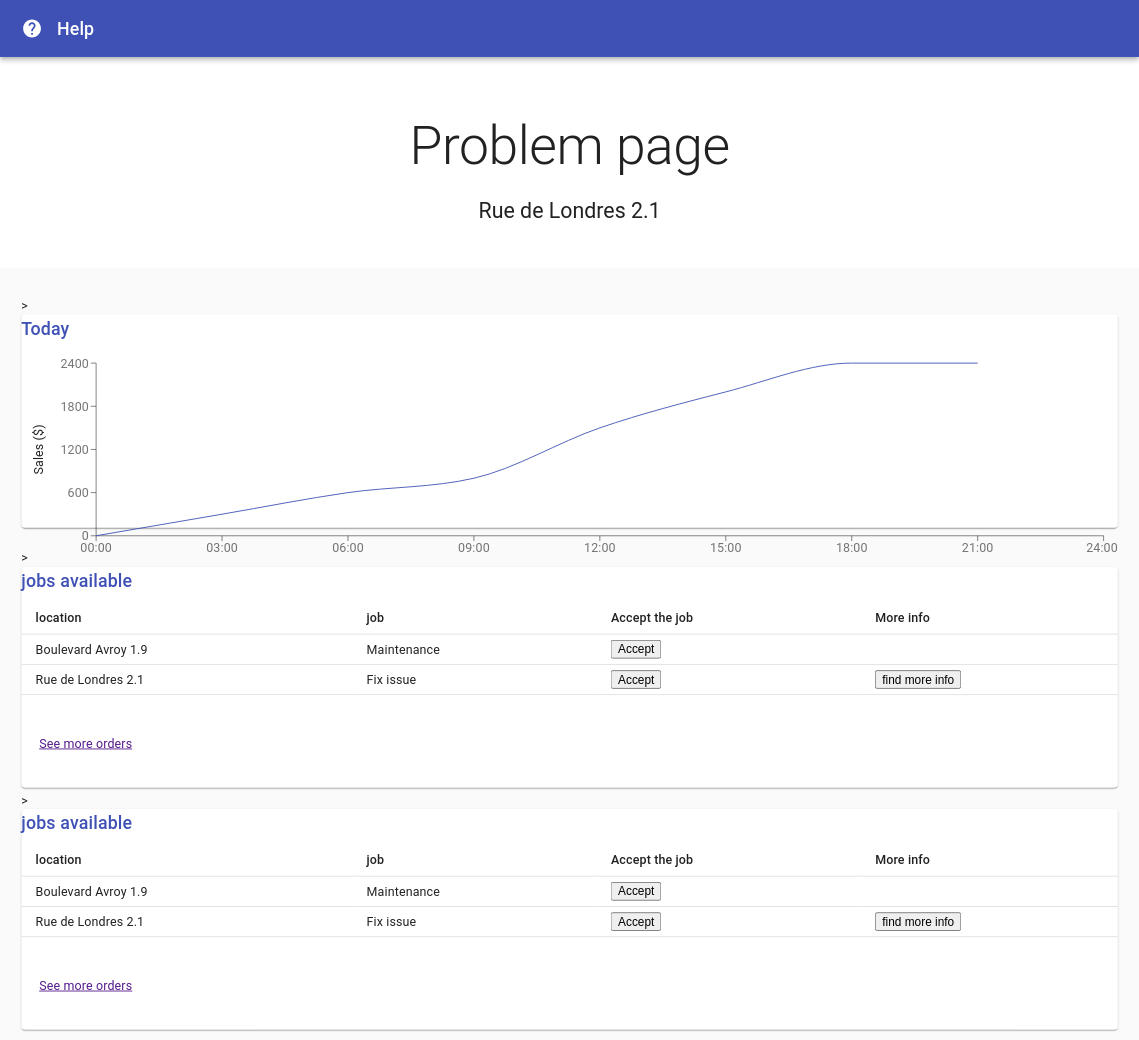
Repository: sapbrussels/intelligenthighway_webapp
Page: /Problempage (app in router/)
An editor plug-in stored every save of this project. The page is shown before and after the next save, followed by the edit.
The browser window is 1280 px wide. The pictures show the whole page, at 89% of full size.
The project was rebuilt for these pictures with package versions that can differ from the ones it lists, and the page was loaded fresh each time. Also part of the build but not shown: router/src/App.css, router/src/Login.js, router/src/Maps.js, router/src/Jobspage.js, router/src/Direction.js, router/src/Maintenance.js, router/src/Help.js.

Above is the page before, as saved 2020-03-31 15:06:48.

### router/src/App.js
import React from 'react';
import {BrowserRouter, Route, Switch} from "react-router-dom";
import './App.css';
import Login from './Login';
import Jobspage from'./Jobspage';
import Maintenance from './Maintenance';
import Help from './Help';
import Problempage from './Problempage';

function App() {
  return (
    <BrowserRouter>
    <Switch>
     <Route path='/' exact component={Login}/>
     <Route path='/Jobspage' exact component={Jobspage}/>
     <Route path='/Maintenance' exact component={Maintenance}/>
     <Route path='/Help' exact component={Help}/>
     <Route path='/Problempage' exact component={Problempage}/>
     </Switch>
    </BrowserRouter>

  );
}

export default App;

### router/src/Problempage.js
import React from 'react';
import AppBar from '@material-ui/core/AppBar';
import HelpIcon from '@material-ui/icons/Help';
import Paper from '@material-ui/core/Paper';
import CssBaseline from '@material-ui/core/CssBaseline';
import Grid from '@material-ui/core/Grid';
import Toolbar from '@material-ui/core/Toolbar';
import Typography from '@material-ui/core/Typography';
import { makeStyles } from '@material-ui/core/styles';
import Container from '@material-ui/core/Container';
import SensorData from './SensorData';
import CommunityData from './CommunityData';
import Voltage from './Voltage';

const useStyles = makeStyles((theme) => ({
  icon: {
    marginRight: theme.spacing(2),
  },
  heroContent: {
    backgroundColor: theme.palette.background.paper,
    padding: theme.spacing(8, 0, 6),
  },
  heroButtons: {
    marginTop: theme.spacing(4),
  },
  cardGrid: {
    paddingTop: theme.spacing(8),
    paddingBottom: theme.spacing(8),
  },
  card: {
    height: '100%',
    display: 'flex',
    flexDirection: 'column',

  },
  cardMedia: {
    paddingTop: '100%', // 16:9
  },
  cardContent: {
    flexGrow: 1,
  },
  footer: {
    backgroundColor: theme.palette.background.paper,
    padding: theme.spacing(6),
  },
  container: {
    paddingTop: theme.spacing(4),
    paddingBottom: theme.spacing(4),
  },
  paper: {
    height: '100%',
    display: 'flex',
    flexDirection: 'column',

  },
  fixedheight:{
    height: 240,
  },
}));



export default function Album() {
  const classes = useStyles();

  return (
    <React.Fragment>
      <CssBaseline />
      <AppBar position="relative">
        <Toolbar>
          <HelpIcon className={classes.icon} />
          <Typography variant="h6" color="inherit" noWrap>
            Help
          </Typography>
        </Toolbar>
      </AppBar>
      <main>
        {/* Hero unit */}
        <div className={classes.heroContent}>
          <Container maxWidth="sm">
            <Typography component="h1" variant="h2" align="center" color="textPrimary" gutterBottom>
              Problem page
            </Typography>

              <Grid container spacing={2} justify="center">
                <Grid item>
                <Typography variant="h5">
                 Rue de Londres 2.1
                </Typography>
                </Grid>
              </Grid>

          </Container>
        </div>
        <main className={classes.content}>
        <div className={classes.appBarSpacer} />
        <Container maxWidth="lg" className={classes.container}> {/* lg */}
          <Grid container spacing={3}>
          <Grid  item xs={12} > >
              <Paper className={classes.fixedheight}>
                <Voltage />
              </Paper>
            </Grid>
            <Grid  item xs={12} > >
              <Paper className={classes.paper}>
                <SensorData />
              </Paper>
            </Grid>
            <Grid  item xs={12}> >
              <Paper className={classes.paper}>
                <CommunityData />
              </Paper>
            </Grid>
          </Grid>
        </Container>
      </main>
    </main>
    </React.Fragment>
  );
}

### router/src/listItems.js
import React from 'react';
import ListItem from '@material-ui/core/ListItem';
import ListItemIcon from '@material-ui/core/ListItemIcon';
import ListItemText from '@material-ui/core/ListItemText';
import DashboardIcon from '@material-ui/icons/Dashboard';
import ShoppingCartIcon from '@material-ui/icons/ShoppingCart';
import PeopleIcon from '@material-ui/icons/People';
import { Link } from "react-router-dom";

export const mainListItems = (
  <div>
        <ListItem >
          <ListItemIcon>
            <DashboardIcon />
          </ListItemIcon>
          <ListItemText  primary="jobs page" />
        </ListItem>
      <Link to='/Maintenance'>
          <ListItem button>
          <ListItemIcon>
            <ShoppingCartIcon />
          </ListItemIcon>
          <ListItemText primary="History" />
        </ListItem></Link>
      <Link to='/Help'>
          <ListItem button>
          <ListItemIcon>
            <PeopleIcon />
          </ListItemIcon>
          <ListItemText primary="help" />
        </ListItem></Link>
  </div>
);

### router/src/LightStatus.js
import React from 'react';
import Link from '@material-ui/core/Link';
import { makeStyles } from '@material-ui/core/styles';
import Table from '@material-ui/core/Table';
import TableBody from '@material-ui/core/TableBody';
import TableCell from '@material-ui/core/TableCell';
import TableHead from '@material-ui/core/TableHead';
import TableRow from '@material-ui/core/TableRow';
import Rectangle from 'react-rectangle';
import Title from './Title';



// Generate Order Data
function createData(id, street_light, status,light) {
  return { street_light, status, light};
}

const rows = [
  createData(0, 'Boulevard Avroy 1.9', 'ON', <Rectangle aspectRatio={[3,3]}>
  <div style={{ background: '#008000',  width: '40%', height: '40%' }} />
</Rectangle>),
  createData(1, 'Rue de Londres 2.1', 'OFF',<Rectangle aspectRatio={[3,3]}>
  <div style={{ background: '#FFFFFF', width: '40%', height: '40%' }} />
</Rectangle>),
  createData(2, 'Rue de Londres 2.3', 'X',<Rectangle aspectRatio={[3,3]}>
  <div style={{ background: '#FF0000', width: '40%', height: '40%' }} />
</Rectangle>),
];

function preventDefault(event) {
  event.preventDefault();
}

const useStyles = makeStyles((theme) => ({
  seeMore: {
    marginTop: theme.spacing(3),
    padding: '20px',
    borderRadius:'10px',
  },
}));

export default function LightStatus() {
  const classes = useStyles();
  return (
    <React.Fragment>
      <Title>Light status</Title>
      <Table size="small">
        <TableHead>
          <TableRow>
            <TableCell>street light</TableCell>
            <TableCell>status</TableCell>
            <TableCell></TableCell>
          </TableRow>
        </TableHead>
        <TableBody>
          {rows.map((row) => (
            <TableRow key={row.id}>
              <TableCell>{row.street_light}</TableCell>
              <TableCell> {row.status}</TableCell>
              <TableCell> {row.light}</TableCell>
            </TableRow>
          ))}
        </TableBody>
      </Table>
      <div className={classes.seeMore}>
        <Link color="primary" href="#" onClick={preventDefault}>
          See more lights
        </Link>
      </div>
    </React.Fragment>
  );
}

### router/src/Jobslist.js
import React from 'react';
import {Link} from 'react-router-dom';
import { makeStyles } from '@material-ui/core/styles';
import Table from '@material-ui/core/Table';
import TableBody from '@material-ui/core/TableBody';
import TableCell from '@material-ui/core/TableCell';
import TableHead from '@material-ui/core/TableHead';
import TableRow from '@material-ui/core/TableRow';
import Title from './Title';

// Generate Order Data
function createData(id, location, job, accept, info) {
  return { id, location, job, accept, info };
}

const rows = [
    createData(0, 'Boulevard Avroy 1.9', 'Maintenance',<Link to="/Maintenance"><button>Accept</button></Link>),
    createData(1, 'Rue de Londres 2.1', 'Fix issue',<button>Accept</button>, <Link to="/Problempage"><button>find more info</button></Link>),
];

function preventDefault(event) {
  event.preventDefault();
}

const useStyles = makeStyles((theme) => ({
  seeMore: {
    marginTop: theme.spacing(3),
    padding: '20px',
    borderRadius:'10px',
  },
}));

    export default function Jobslist() {
    const classes = useStyles();
    return (
        <React.Fragment>
        <Title>jobs available</Title>
        <Table size="small">
            <TableHead>
            <TableRow>
                <TableCell>location</TableCell>
                <TableCell>job</TableCell>
                <TableCell>Accept the job</TableCell>
                <TableCell>More info</TableCell>
            </TableRow>
            </TableHead>
            <TableBody>
            {rows.map((row) => (
                <TableRow key={row.id}>
                <TableCell>{row.location}</TableCell>
                <TableCell>{row.job}</TableCell>
                <TableCell>{row.accept}</TableCell>
                <TableCell>{row.info}</TableCell>
                </TableRow>
            ))}
            </TableBody>
        </Table>
        <div className={classes.seeMore}>
            <Link color="primary" href="#" onClick={preventDefault}>
            See more orders
            </Link>
        </div>
        </React.Fragment>
    );
}

### router/src/Checklist.js
import React from 'react';
import Link from '@material-ui/core/Link';
import { makeStyles } from '@material-ui/core/styles';
import Table from '@material-ui/core/Table';
import TableBody from '@material-ui/core/TableBody';
import TableCell from '@material-ui/core/TableCell';
import TableHead from '@material-ui/core/TableHead';
import TableRow from '@material-ui/core/TableRow';
import Title from './Title';
import { Checkbox } from '@material-ui/core';

// Generate Order Data
function createData(id, check, tasks) {
  return { id, check, tasks };
}

const rows = [
  createData(0, <Checkbox></Checkbox>,'Turn all switches OFF & ON to stop dust build up'),
  createData(1, <Checkbox></Checkbox>,'turn all circuit-breakers OFF and reset'),
  createData(2, <Checkbox></Checkbox>,'Check for high resistance joints'),
  createData(3, <Checkbox></Checkbox>,'clean PE cell faces then cover to test functionnality'),
  createData(4, <Checkbox></Checkbox>,'check MEN and earthing'),
  createData(0, <Checkbox></Checkbox>,'Luminaire cleaning and inspection'),
  createData(1, <Checkbox></Checkbox>,'Inspect for any sign of vermin damage in the cabinet'),
  createData(2, <Checkbox></Checkbox>,'Remove grafitit on cabinet'),
  createData(3, <Checkbox></Checkbox>,'Trim all trees that interfere with solar-panels and light output of lulinaires'),
  createData(4, <Checkbox></Checkbox>,'Check all support structures for their integreties'),
  createData(3, <Checkbox></Checkbox>,'Installation, maintenance and replacement of post indentification label'),
  createData(4, <Checkbox></Checkbox>,'Installation, maintenace and replacement of supply point indentification labels'),
];


const useStyles = makeStyles((theme) => ({
  seeMore: {
    marginTop: theme.spacing(3),

  },
}));

export default function Orders() {
  const classes = useStyles();
  return (
    <React.Fragment>
      <Title>Maintenance checklist</Title>
      <Table size="small">
        <TableHead>
          <TableRow>
            <TableCell></TableCell>
            <TableCell>tasks</TableCell>

          </TableRow>
        </TableHead>
        <TableBody>
          {rows.map((row) => (
            <TableRow key={row.id}>
              <TableCell>{row.check}</TableCell>
              <TableCell>{row.tasks}</TableCell>
            </TableRow>
          ))}
        </TableBody>
      </Table>
      <div className={classes.seeMore}>
        <Link><button>Finished</button></Link>
      </div>
    </React.Fragment>
  );
}

### router/src/SensorData.js
import React from 'react';
import {Link} from 'react-router-dom';
import { makeStyles } from '@material-ui/core/styles';
import Table from '@material-ui/core/Table';
import TableBody from '@material-ui/core/TableBody';
import TableCell from '@material-ui/core/TableCell';
import TableHead from '@material-ui/core/TableHead';
import TableRow from '@material-ui/core/TableRow';
import Title from './Title';

// Generate Order Data
function createData(id, location, job, accept, info) {
  return { id, location, job, accept, info };
}

const rows = [
    createData(0, 'Boulevard Avroy 1.9', 'Maintenance',<Link to="/Maintenance"><button>Accept</button></Link>),
    createData(1, 'Rue de Londres 2.1', 'Fix issue',<button>Accept</button>, <Link to="/Problempage"><button>find more info</button></Link>),
];

function preventDefault(event) {
  event.preventDefault();
}

const useStyles = makeStyles((theme) => ({
  seeMore: {
    marginTop: theme.spacing(3),
    padding: '20px',
    borderRadius:'10px',
  },
}));

    export default function Jobslist() {
    const classes = useStyles();
    return (
        <React.Fragment>
        <Title>jobs available</Title>
        <Table size="small">
            <TableHead>
            <TableRow>
                <TableCell>location</TableCell>
                <TableCell>job</TableCell>
                <TableCell>Accept the job</TableCell>
                <TableCell>More info</TableCell>
            </TableRow>
            </TableHead>
            <TableBody>
            {rows.map((row) => (
                <TableRow key={row.id}>
                <TableCell>{row.location}</TableCell>
                <TableCell>{row.job}</TableCell>
                <TableCell>{row.accept}</TableCell>
                <TableCell>{row.info}</TableCell>
                </TableRow>
            ))}
            </TableBody>
        </Table>
        <div className={classes.seeMore}>
            <Link color="primary" href="#" onClick={preventDefault}>
            See more orders
            </Link>
        </div>
        </React.Fragment>
    );
}

### router/src/CommunityData.js
import React from 'react';
import {Link} from 'react-router-dom';
import { makeStyles } from '@material-ui/core/styles';
import Table from '@material-ui/core/Table';
import TableBody from '@material-ui/core/TableBody';
import TableCell from '@material-ui/core/TableCell';
import TableHead from '@material-ui/core/TableHead';
import TableRow from '@material-ui/core/TableRow';
import Title from './Title';

// Generate Order Data
function createData(id, location, job, accept, info) {
  return { id, location, job, accept, info };
}

const rows = [
    createData(0, 'Boulevard Avroy 1.9', 'Maintenance',<Link to="/Maintenance"><button>Accept</button></Link>),
    createData(1, 'Rue de Londres 2.1', 'Fix issue',<button>Accept</button>, <Link to="/Problempage"><button>find more info</button></Link>),
];

function preventDefault(event) {
  event.preventDefault();
}

const useStyles = makeStyles((theme) => ({
  seeMore: {
    marginTop: theme.spacing(3),
    padding: '20px',
    borderRadius:'10px',
  },
}));

    export default function Jobslist() {
    const classes = useStyles();
    return (
        <React.Fragment>
        <Title>jobs available</Title>
        <Table size="small">
            <TableHead>
            <TableRow>
                <TableCell>location</TableCell>
                <TableCell>job</TableCell>
                <TableCell>Accept the job</TableCell>
                <TableCell>More info</TableCell>
            </TableRow>
            </TableHead>
            <TableBody>
            {rows.map((row) => (
                <TableRow key={row.id}>
                <TableCell>{row.location}</TableCell>
                <TableCell>{row.job}</TableCell>
                <TableCell>{row.accept}</TableCell>
                <TableCell>{row.info}</TableCell>
                </TableRow>
            ))}
            </TableBody>
        </Table>
        <div className={classes.seeMore}>
            <Link color="primary" href="#" onClick={preventDefault}>
            See more orders
            </Link>
        </div>
        </React.Fragment>
    );
}

### router/src/Voltage.js
import React from 'react';
import { useTheme } from '@material-ui/core/styles';
import { LineChart, Line, XAxis, YAxis, Label, ResponsiveContainer } from 'recharts';
import Title from './Title';

// Generate Sales Data
function createData(time, amount) {
  return { time, amount };
}

const data = [
  createData('00:00', 0),
  createData('03:00', 300),
  createData('06:00', 600),
  createData('09:00', 800),
  createData('12:00', 1500),
  createData('15:00', 2000),
  createData('18:00', 2400),
  createData('21:00', 2400),
  createData('24:00', undefined),
];

export default function Chart() {
  const theme = useTheme();

  return (
    <React.Fragment>
      <Title>Today</Title>
      <ResponsiveContainer>
        <LineChart
          data={data}
          margin={{
            top: 16,
            right: 16,
            bottom: 0,
            left: 24,
          }}
        >
          <XAxis dataKey="time" stroke={theme.palette.text.secondary} />
          <YAxis stroke={theme.palette.text.secondary}>
            <Label
              angle={270}
              position="left"
              style={{ textAnchor: 'middle', fill: theme.palette.text.primary }}
            >
              Sales ($)
            </Label>
          </YAxis>
          <Line type="monotone" dataKey="amount" stroke={theme.palette.primary.main} dot={false} />
        </LineChart>
      </ResponsiveContainer>
    </React.Fragment>
  );
}

Loaded but not shown: router/public/index.html (common file); router/src/index.js (common file); router/src/index.css (common file); router/src/serviceWorker.js (common file); router/src/Title.js (common file)

After the next save:
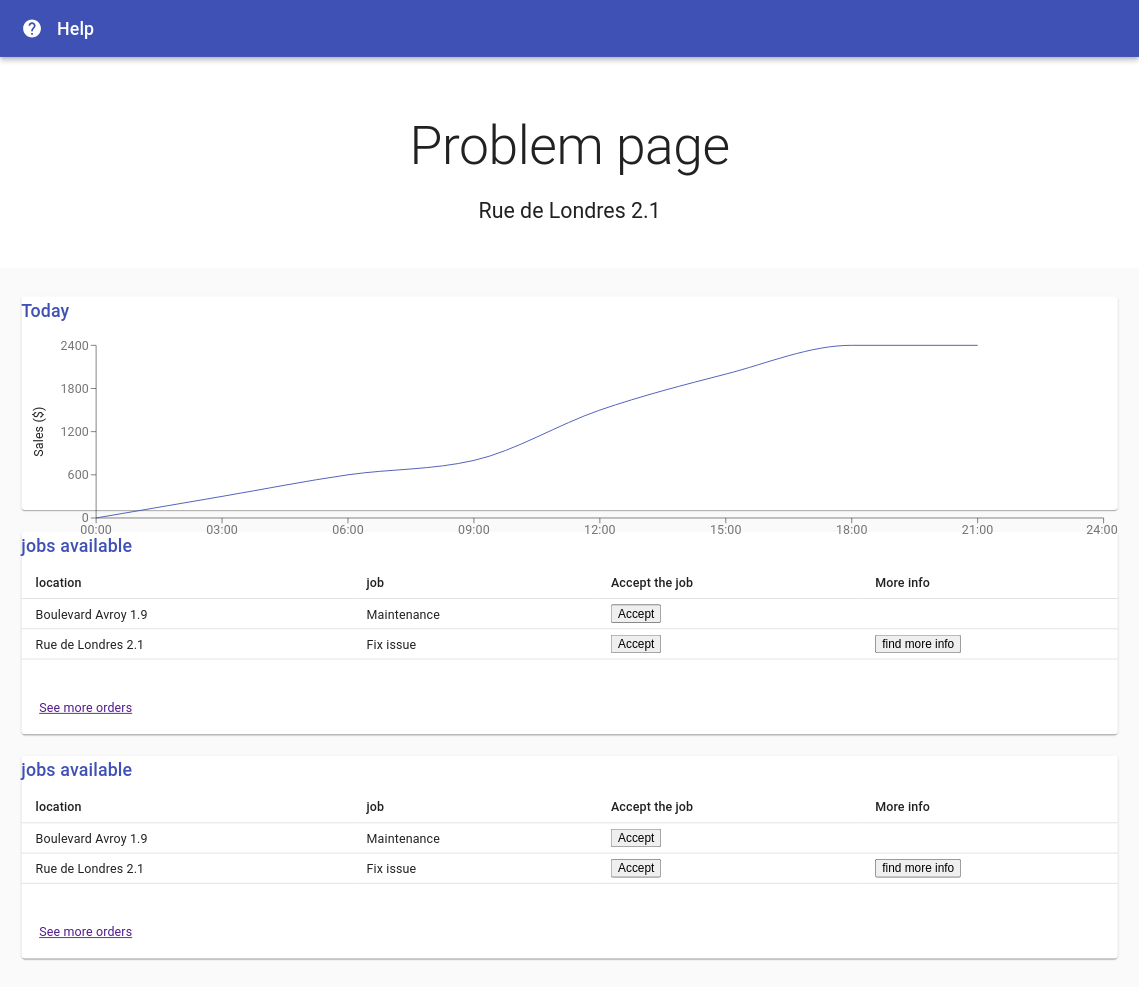
Saved 36 s later.
--- a/router/src/Problempage.js
+++ b/router/src/Problempage.js
@@ -96,17 +96,17 @@ export default function Album() {
         <div className={classes.appBarSpacer} />
         <Container maxWidth="lg" className={classes.container}> {/* lg */}
           <Grid container spacing={3}>
-          <Grid  item xs={12} > >
+          <Grid  item xs={12} >
               <Paper className={classes.fixedheight}>
                 <Voltage />
               </Paper>
             </Grid>
-            <Grid  item xs={12} > >
+            <Grid  item xs={12} >
               <Paper className={classes.paper}>
                 <SensorData />
               </Paper>
             </Grid>
-            <Grid  item xs={12}> >
+            <Grid  item xs={12}>
               <Paper className={classes.paper}>
                 <CommunityData />
               </Paper>
